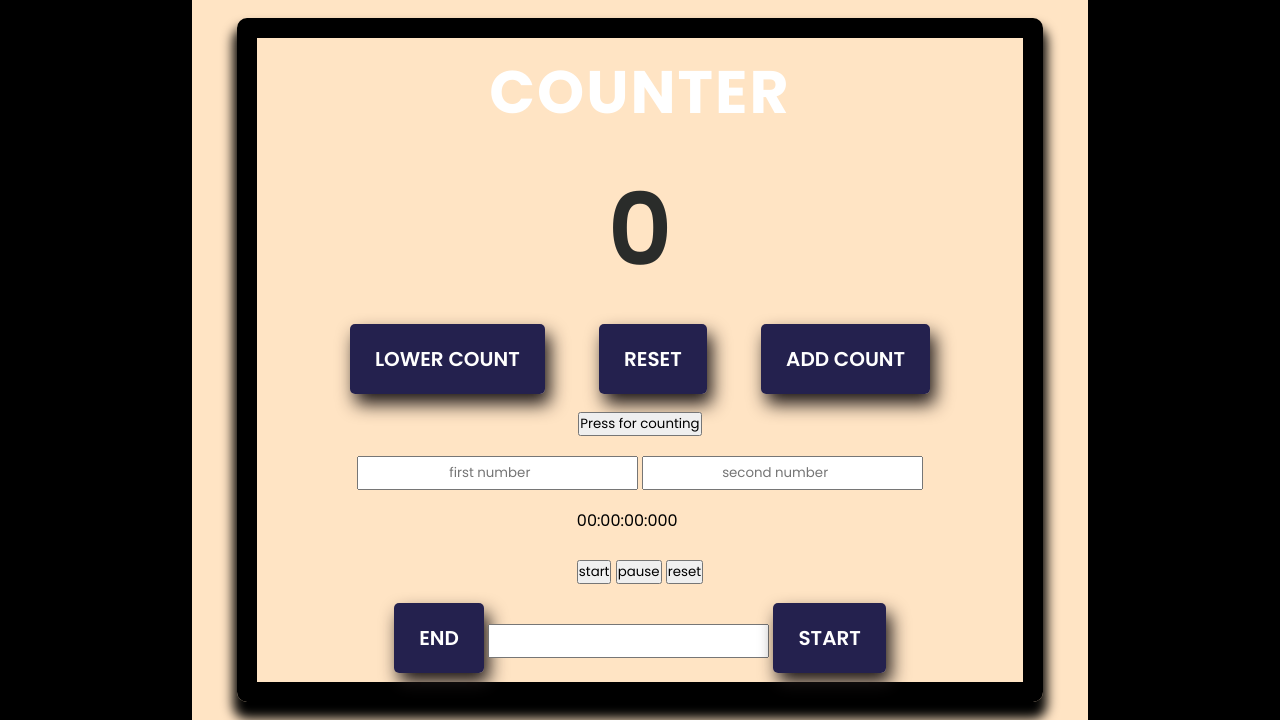
Repository: Seryozha02/Calculator
Page: index.html
These files come from the project's save history. The page is drawn as it stood at one moment and after the next save; the edit follows.
The browser window is 1280 px wide. The pictures show the whole page.

Above is the page before, as saved 2022-02-20 13:44:46.
Not found: script.js

After the next save:
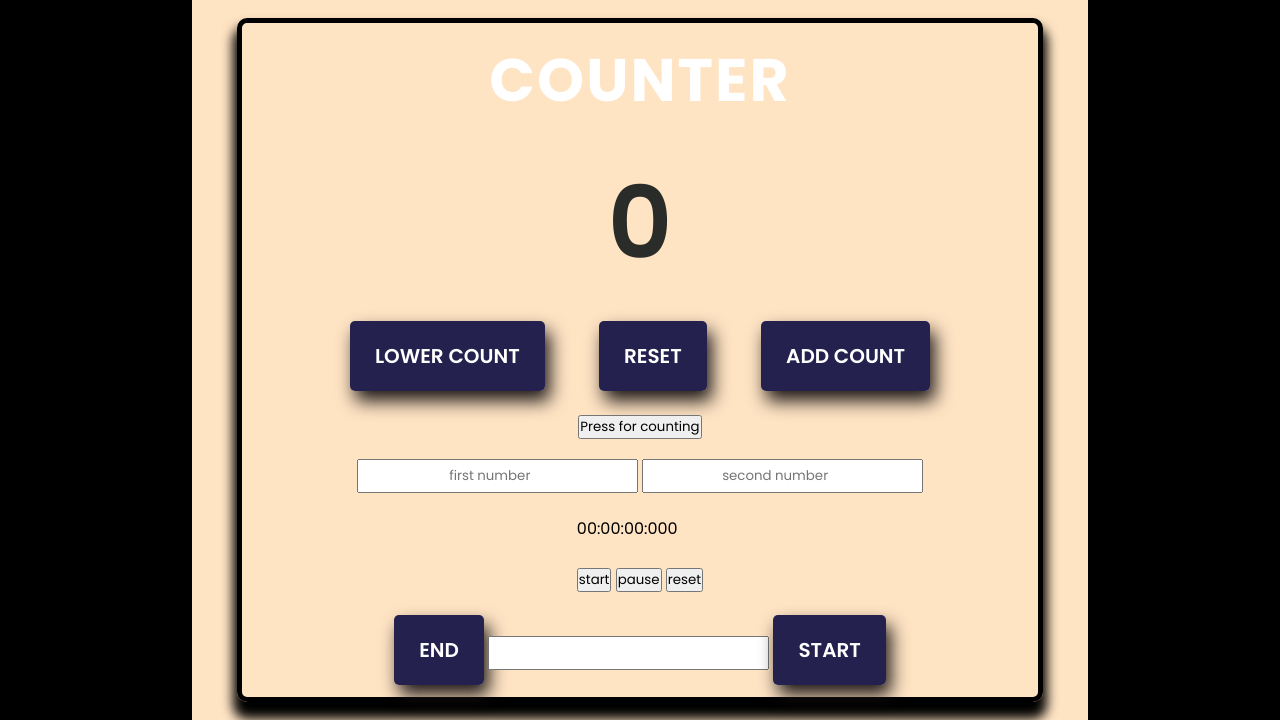
Saved 5 s later.
--- a/style.css
+++ b/style.css
@@ -34,7 +34,7 @@
     align-items: center;
     justify-content: center;
     flex-direction: column;
-    border: 20px solid black;
+    border: 5px solid black;
     border-radius: 10px;
     box-shadow: 0px 13px 12px 4px;
     display: flex;
